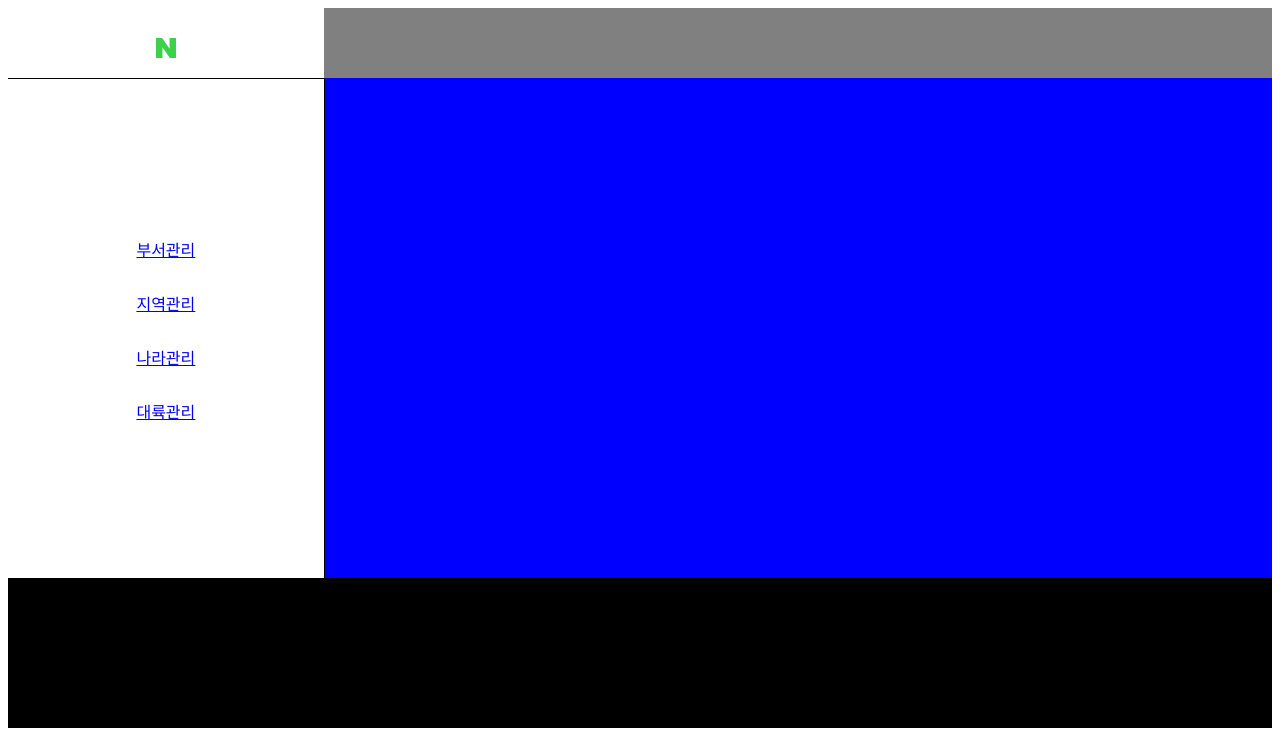
Repository: mireu930/Serverlet_App
Page: src/build/classes/webapp/template/layout.html
The author's editor kept a copy of each file at every save. The page is drawn from the files as they stood at one save, then again after the next save.
The browser window is 1280 px wide. The pictures show the whole page.

Above is the page before, as saved 2025-02-07 12:05:45.

### src/build/classes/webapp/template/layout.html
<!DOCTYPE html>
<html lang="en">
<head>
  <meta charset="UTF-8">
  <meta name="viewport" content="width=device-width, initial-scale=1.0">
  <title>Document</title>
  <style>
    header {
  width: 100%;
  height: 70px;
  /* background-color: gray; */
}

.wrap_left{
  display: flex;
}

.left {
  width: 25%;
  height: 100%;

}

.right {
  width: 75%;
  height: 100%;
}

.logo {
  /* background-color:aqua; */
  box-sizing: border-box;
  /* padding: 20px 60px; */
}

.logo img {
  display: block;
  margin: 30px auto;
}

.menu {
  background-color:gray;

}

.content {
  width: 100%;
  height: 500px;
  /* background-color: red; */
}

.content_left {
  /* background-color:yellow; */
  padding: auto 0;
  border-top: 1px solid black;
  border-right: 1px solid black;
}

.content_left ul {
  list-style: none;
  margin: 50% 0;
  padding: 0;
}

.content_left ul li {
  margin: 30px 0;
  display: block;
  text-align: center;
}

.content_right {
  background-color:blue;
}

footer {
  width: 100%;
  height: 150px;
  background-color: black;
}
  </style>
</head>
<body>
  <header class = "wrap_left">
    <div class = "left logo" >
      <img src = "/naver_sports/images/네이버.svg">
    </div>
    <div class = "right menu">

    </div>
  </header>
  <section class = "wrap_left content">
    <nav class = "left content_left">
      <ul>
        <li><a href="#">부서관리</a></li>
        <li><a href="#">지역관리</a></li>
        <li><a href="#">나라관리</a></li>
        <li><a href="#">대륙관리</a></li>
      </ul>
    </nav>
    <div class = " right content_right">

    </div>
  </section>
  <footer class = "wrap_left">
    <div class = "left footer_left">

    </div>
    <div class = "right footer_right">

    </div>
  </footer>

</body>
</html>

After the next save:
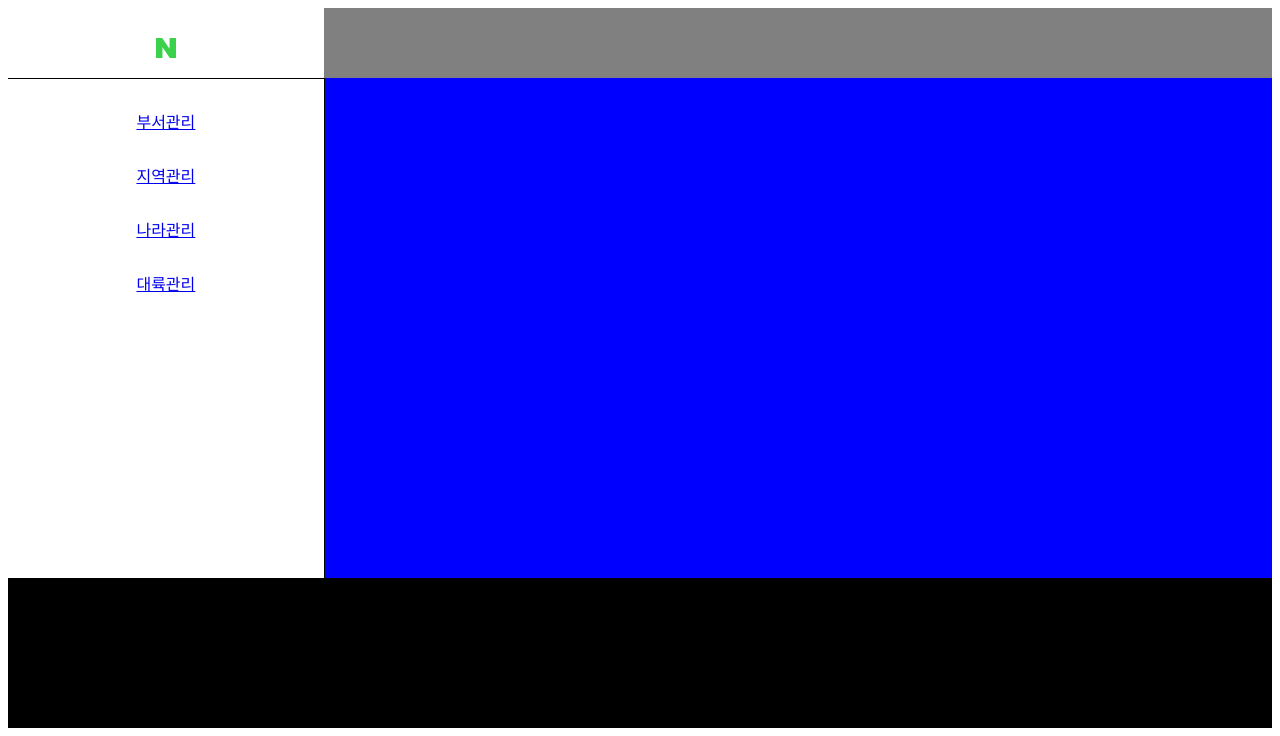
Saved 6 min 26 s later.
--- a/src/build/classes/webapp/template/layout.html
+++ b/src/build/classes/webapp/template/layout.html
@@ -57,7 +57,7 @@
 
 .content_left ul {
   list-style: none;
-  margin: 50% 0;
+  /* margin: 50% 0; */
   padding: 0;
 }
 

After the save that followed:
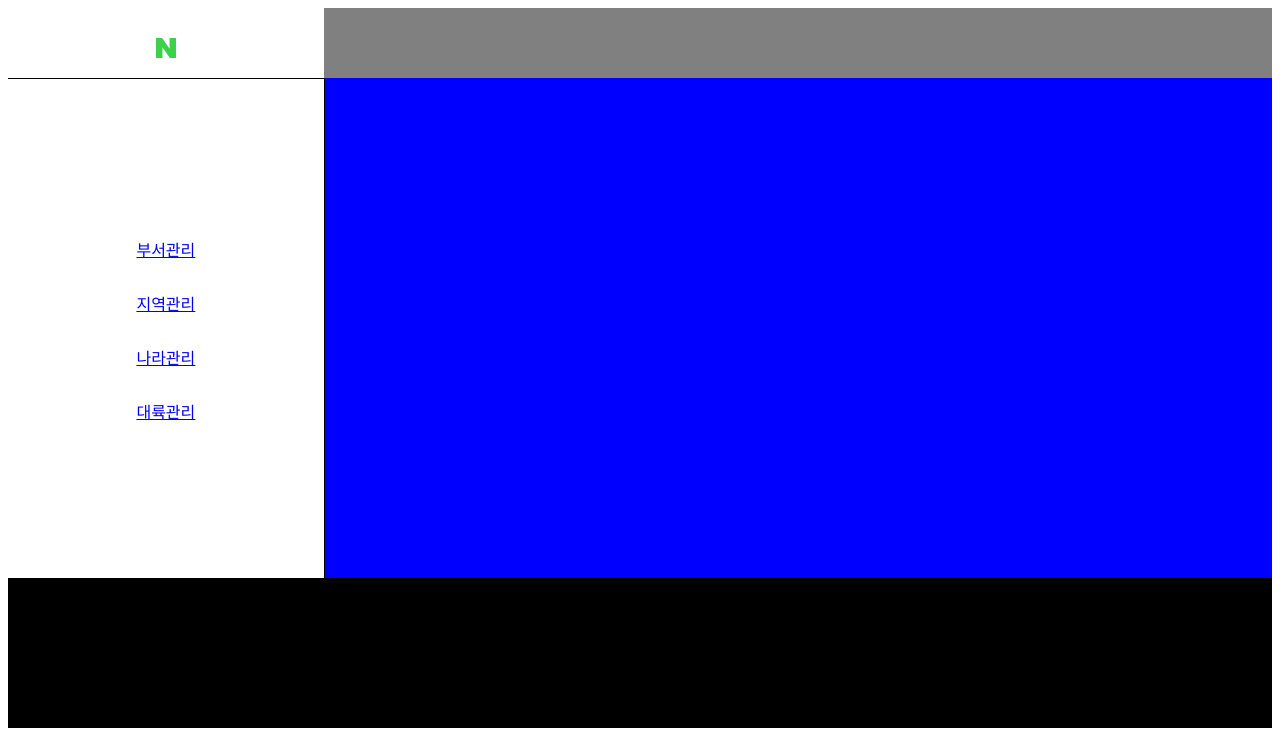
Saved 8 s later.
--- a/src/build/classes/webapp/template/layout.html
+++ b/src/build/classes/webapp/template/layout.html
@@ -57,7 +57,7 @@
 
 .content_left ul {
   list-style: none;
-  /* margin: 50% 0; */
+  margin: 50% 0;
   padding: 0;
 }
 
